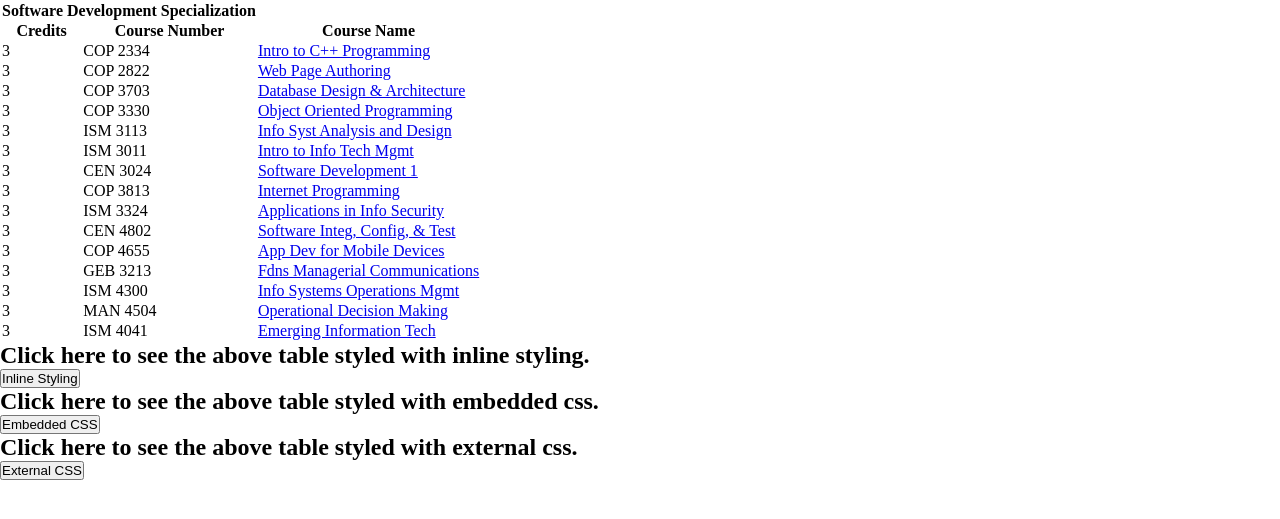
Repository: mlmEFSC21/P5-DegreeTableStyling
Page: index.html
These files come from the project's save history. The page is drawn as it stood at one moment and after the next save; the edit follows.
The browser window is 1280 px wide. The pictures show the whole page.

Above is the page before, as saved 2022-02-09 14:08:14.

### index.html
<!DOCTYPE html>
<html lang="en">
    <head>
        <meta charset="UTF-8" />
        <meta http-equiv="X-UA-Compatible" content="IE=edge" />
        <meta name="viewport" content="width=device-width, initial-scale=1.0" />
        <title>Degree Specialization Table</title>
        <link rel="stylesheet" href="Styles.css" />
    </head>
    <body>
        <section class="tableContainer">
            <table>
                <thead>
                    <tr>
                        <th colspan="2">Software Development Specialization</th>
                    </tr>
                    <tr>
                        <th>Credits</th>
                        <th>Course Number</th>
                        <th>Course Name</th>
                    </tr>
                </thead>
                <tbody>
                    <tr>
                        <td>3</td>
                        <td>COP 2334</td>
                        <td>
                            <a
                                href="https://bannerweb.easternflorida.edu/prod/bwckctlg.p_disp_course_detail?cat_term_in=202210&subj_code_in=COP&crse_numb_in=2334"
                                >Intro to C++ Programming</a
                            >
                        </td>
                    </tr>
                    <tr>
                        <td>3</td>
                        <td>COP 2822</td>
                        <td>
                            <a
                                href="https://bannerweb.easternflorida.edu/prod/bwckctlg.p_disp_course_detail?cat_term_in=202210&subj_code_in=COP&crse_numb_in=2822"
                                >Web Page Authoring</a
                            >
                        </td>
                    </tr>
                    <tr>
                        <td>3</td>
                        <td>COP 3703</td>
                        <td>
                            <a
                                href="https://bannerweb.easternflorida.edu/prod/bwckctlg.p_disp_course_detail?cat_term_in=202210&subj_code_in=COP&crse_numb_in=3703"
                                >Database Design & Architecture</a
                            >
                        </td>
                    </tr>
                    <tr>
                        <td>3</td>
                        <td>COP 3330</td>
                        <td>
                            <a
                                href="https://bannerweb.easternflorida.edu/prod/bwckctlg.p_disp_course_detail?cat_term_in=202210&subj_code_in=COP&crse_numb_in=3330"
                                >Object Oriented Programming</a
                            >
                        </td>
                    </tr>
                    <tr>
                        <td>3</td>
                        <td>ISM 3113</td>
                        <td>
                            <a
                                href="https://bannerweb.easternflorida.edu/prod/bwckctlg.p_disp_course_detail?cat_term_in=202210&subj_code_in=ISM&crse_numb_in=3113"
                                >Info Syst Analysis and Design</a
                            >
                        </td>
                    </tr>
                    <tr>
                        <td>3</td>
                        <td>ISM 3011</td>
                        <td>
                            <a
                                href="https://bannerweb.easternflorida.edu/prod/bwckctlg.p_disp_course_detail?cat_term_in=202210&subj_code_in=ISM&crse_numb_in=3011"
                                >Intro to Info Tech Mgmt</a
                            >
                        </td>
                    </tr>
                    <tr>
                        <td>3</td>
                        <td>CEN 3024</td>
                        <td>
                            <a
                                href="https://bannerweb.easternflorida.edu/prod/bwckctlg.p_disp_course_detail?cat_term_in=202210&subj_code_in=CEN&crse_numb_in=3024"
                                >Software Development 1</a
                            >
                        </td>
                    </tr>
                    <tr>
                        <td>3</td>
                        <td>COP 3813</td>
                        <td>
                            <a
                                href="https://bannerweb.easternflorida.edu/prod/bwckctlg.p_disp_course_detail?cat_term_in=202210&subj_code_in=COP&crse_numb_in=3813"
                                >Internet Programming</a
                            >
                        </td>
                    </tr>
                    <tr>
                        <td>3</td>
                        <td>ISM 3324</td>
                        <td>
                            <a
                                href="https://bannerweb.easternflorida.edu/prod/bwckctlg.p_disp_course_detail?cat_term_in=202210&subj_code_in=ISM&crse_numb_in=3324"
                                >Applications in Info Security</a
                            >
                        </td>
                    </tr>
                    <tr>
                        <td>3</td>
                        <td>CEN 4802</td>
                        <td>
                            <a
                                href="https://bannerweb.easternflorida.edu/prod/bwckctlg.p_disp_course_detail?cat_term_in=202210&subj_code_in=CEN&crse_numb_in=4802"
                                >Software Integ, Config, & Test</a
                            >
                        </td>
                    </tr>
                    <tr>
                        <td>3</td>
                        <td>COP 4655</td>
                        <td>
                            <a
                                href="https://bannerweb.easternflorida.edu/prod/bwckctlg.p_disp_course_detail?cat_term_in=202210&subj_code_in=COP&crse_numb_in=4655"
                                >App Dev for Mobile Devices</a
                            >
                        </td>
                    </tr>
                    <tr>
                        <td>3</td>
                        <td>GEB 3213</td>
                        <td>
                            <a
                                href="https://bannerweb.easternflorida.edu/prod/bwckctlg.p_disp_course_detail?cat_term_in=202210&subj_code_in=GEB&crse_numb_in=3213"
                                >Fdns Managerial Communications</a
                            >
                        </td>
                    </tr>
                    <tr>
                        <td>3</td>
                        <td>ISM 4300</td>
                        <td>
                            <a
                                href="https://bannerweb.easternflorida.edu/prod/bwckctlg.p_disp_course_detail?cat_term_in=202210&subj_code_in=ISM&crse_numb_in=4300"
                                >Info Systems Operations Mgmt</a
                            >
                        </td>
                    </tr>
                    <tr>
                        <td>3</td>
                        <td>MAN 4504</td>
                        <td>
                            <a
                                href="https://bannerweb.easternflorida.edu/prod/bwckctlg.p_disp_course_detail?cat_term_in=202210&subj_code_in=MAN&crse_numb_in=4504"
                                >Operational Decision Making</a
                            >
                        </td>
                    </tr>
                    <tr>
                        <td>3</td>
                        <td>ISM 4041</td>
                        <td>
                            <a
                                href="https://bannerweb.easternflorida.edu/prod/bwckctlg.p_disp_course_detail?cat_term_in=202210&subj_code_in=ISM&crse_numb_in=4041"
                                >Emerging Information Tech</a
                            >
                        </td>
                    </tr>
                </tbody>
            </table>
        </section>
        <section class="linksContainer">
            <h2>Click here to see the above table styled with inline styling.</h2>
            <button onclick="window.location.href='FormattedProgramSpecialization1.html'">
                Inline Styling
            </button>
            <h2>Click here to see the above table styled with embedded css.</h2>
            <button onclick="window.location.href='FormattedProgramSpecialization2.html'">
                Embedded CSS
            </button>
            <h2>Click here to see the above table styled with external css.</h2>
            <button onclick="window.location.href='FormattedProgramSpecialization3.html'">
                External CSS
            </button>
        </section>
    </body>
</html>

### Styles.css
*,
*::before,
*::after {
    margin: 0;
    padding: 0;
    box-sizing: border-box;
}
.tableContainer {
    align-content: center;
}
.linksContainer {
    display: flexbox;
}

After the next save:
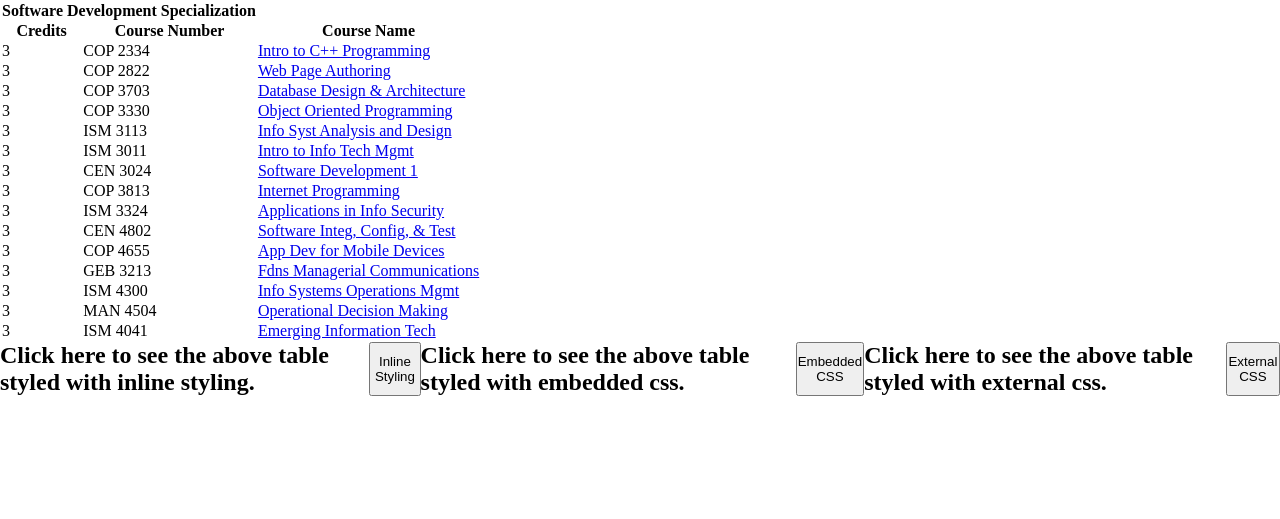
Saved 49 s later.
--- a/Styles.css
+++ b/Styles.css
@@ -9,5 +9,5 @@
     align-content: center;
 }
 .linksContainer {
-    display: flexbox;
+    display: flex;
 }
